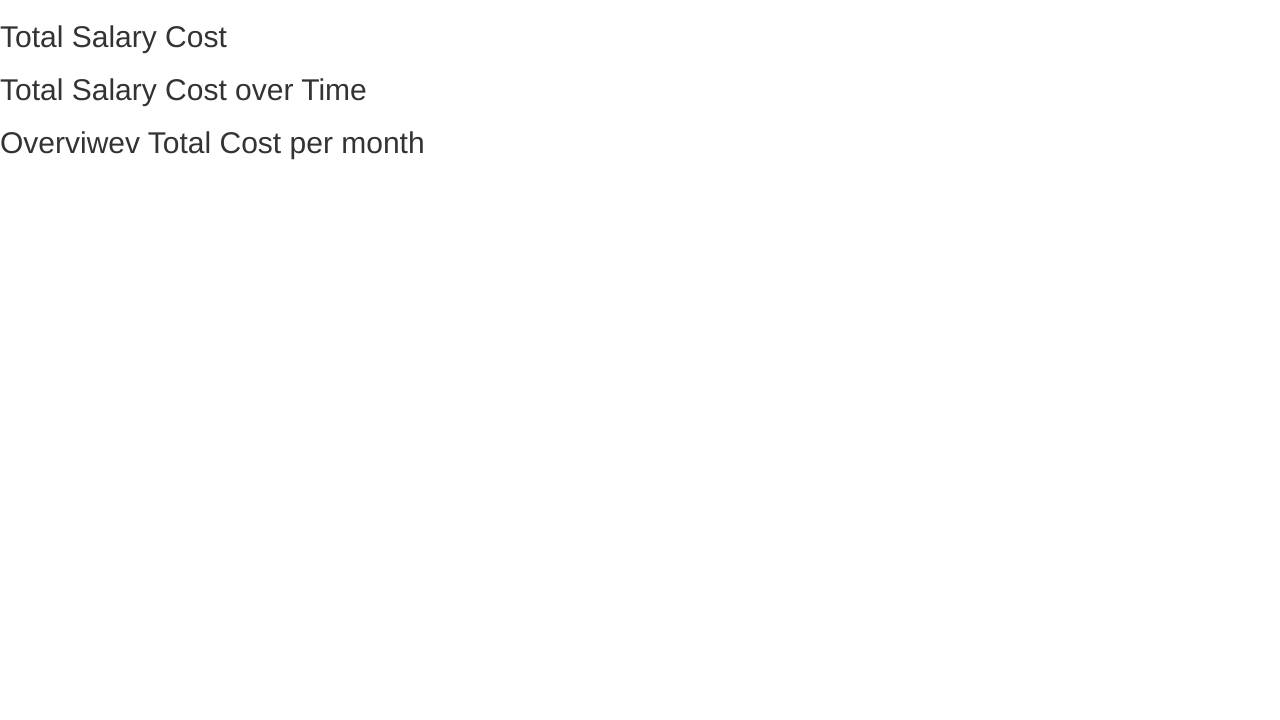
Repository: Code-Institute-Submissions/danfiliphoff-Milestoneproject-2
Page: total_cost.html
The author's editor kept a record of every edit. The page is drawn from the files as they stood at one moment, then again after the next edit.
The browser window is 1280 px wide. The pictures show the whole page.
An inner scrolling area shows only its first screen.

Above is the page before.

### total_cost.html
<!DOCTYPE html>
<html lang="en">
<head>
    <meta charset="UTF-8">
    <meta name="viewport" content="width=device-width, initial-scale=1.0">
    <meta http-equiv="X-UA-Compatible" content="ie=edge">
    <title>Payroll Dashboard</title>
    <link rel="stylesheet" href="static/css/style.css" type="text/css" />
    <link rel="stylesheet" href="" type="text/css" />
    <link rel="stylesheet" href="static/pictures/html_background.jpg" type="image/jpg" />
    <link rel="stylesheet" href="https://stackpath.bootstrapcdn.com/bootstrap/3.3.7/css/bootstrap.min.css" type="text/css" />
    <link rel="stylesheet" href="https://stackpath.bootstrapcdn.com/font-awesome/4.7.0/css/font-awesome.min.css" type="text/css" />
    <script src="https://ajax.googleapis.com/ajax/libs/jquery/3.3.1/jquery.min.js"></script>
    <script src="https://maxcdn.bootstrapcdn.com/bootstrap/3.4.0/js/bootstrap.min.js"></script>
    <script type="text/javascript" src="static/js/d3.min.js"></script>
    <script type="text/javascript" src="static/js/d3-time-format.v2.min.js"></script>
    <script type="text/javascript" src="static/js/crossfilter.min.js"></script>
    <script type="text/javascript" src="static/js/dc.min.js"></script>
    <script type="text/javascript" src="static/js/queue.min.js"></script>
    <script type="text/javascript" src="static/js/account.js"></script>
</head>

<body>
    <header>
    </header>
    <!--*****Graphs******-->
    <div>
        <!--*****Pie Chart******-->
        <div>
            <h2>Total Salary Cost</h2>
            <div id="total-cost-pie-chart"></div>
        </div>
        <!--*****Line Chart******-->
        <div>
            <h2>Total Salary Cost over Time</h2>
            <div id="total-cost-line-graph"></div>
        </div>
         <!--*****Stacked Bar Chart Total Cost Over Time******-->
        <div>
            <h2>Overviwev Total Cost per month</h2>
            <div id="total-cost-stacked-bar-chart"></div>
        </div>
    </div>

    <footer>
    </footer>

</body>
</html>

### static/css/style.css


/*--------HEADER-------*/
.paddingtitle{
    padding-top:25px;
    text-align: center;
}

.title {
    font-family: "Nunito", Arial;
    font-weight: 800;
    font-size: 45px;
    line-height: 50px;
    text-transform: uppercase;
    color:#004054;
    text-decoration: none !important;
    top: 0.5%;
    position: relative;
}

/*--------Index-------*/
#index-body-size{
    position: fixed;
    height: 100%;
    width: 100%;
    margin-top: -27px;
    margin-left: 0px;
}
#indexcontent{
    text-align: center;
    margin-top: 1%;
}

#welcome-text{
    max-width: 100px;
}

#center-btn{
    margin-right: 20px;
}

.mainbutton{
    border-radius: 50%;
    color: #004054;
    background: radial-gradient(#5adae9, #017296);
    height: 130px;
    width: 130px;
    font-family: "Nunito", Arial;
    font-weight: 800;
    font-size:16px;
    border: 3px solid #00516b;
    transition: all 0.5s;
    cursor: pointer;
    text-align: center;
    margin-bottom: 22px;
    margin-top: 22px;
    margin-left: 40px;
}

.mainbutton:hover{
  box-shadow: 0 12px 16px 0 rgba(0,0,0,0.24), 0 17px 50px 0 rgba(0,0,0,0.19);
}

.mainbutton span{
  cursor: pointer;
  display: inline-block;
  position: relative;
  transition: 0.5s;
}

.mainbutton span:after{
  content: '\00bb';
  position: absolute;
  opacity: 0;
  top: 0;
  right: -20px;
  transition: 0.5s;
}

.mainbutton:hover span{
  padding-right: 25px;
}

.mainbutton:hover span:after{
  opacity: 1;
  right: 0;
}




/*--------GENERAL-------*/
#index-background{
    position: relative;
    background-repeat:no-repeat;
    background-size:cover;
    background-image: url("../pictures/html_background.jpg");
    height: 107%;
    width: 100%;
    overflow:scroll;
}

.body-account{
    padding-bottom:60px;
    height: 100%;
}

.topic-header{
  font-family: "Nunito", Arial;
  font-weight: 700;
  font-size:  43px;
  color:#004054;
  text-align: center;
}

.topic-text{
  font-family: "Nunito", Arial;
  color:black;
  font-size: 13px;
  text-decoration: none!important;
  text-align: justify;
  max-width: 203px;
  margin: 0 auto;
}

.container{
    width: 100% !important;
}

.h2-chart-heading{
    text-align: center;
}

/*--------------GRAPHS AND CHARTS-------------------*/

/*below hides y axis for accounts bar graph*/
#Cost-Per-Type
 .axis.y { display: none; }

/*below make sures that line grap renders as a line and not as an area*/
.line {
         fill: none;
         stroke: #004054;
         stroke-width: 6px;
         }


#Cost-Over-Time > svg > g > g.axis.x {
    font-size: 13.5px;
}

/*#Cost-Over-Time > svg > g > g.axis.x > g:nth-child(5){
    font-size: 10px;
}*/

#cost-per-account > svg {
    display:block;
    margin:auto;
}

#Cost-Over-Time > svg {
    display:block;
    margin:auto;
}

#Cost-Per-Type > svg {
    display:block;
    margin:auto;
}

#index-background > div.container > div:nth-child(2) > section{
    margin-top: 80px;
}

#cost-per-account > svg >.dc-legend{
    font-family: "Nunito", Arial;
    font-size: 16px;
    text-transform: uppercase;
    color:#004054;
}

#Cost-Over-Time > svg > g > g.axis.y{
    font-family: "Nunito", Arial;
    font-size: 16px;
    color:#004054;
}

#Cost-Over-Time > svg > g > g.axis.x{
    font-family: "Nunito", Arial;
    font-size: 16px;
    color:#004054;
}

#Cost-Over-Time > svg > g > g.axis.x > g > text{
    transform:rotate(-35deg);
    margin-top: 30px;
    text-anchor: end !important;
}

#Cost-Per-Type > svg > g > g.axis.x > g > text{
    text-anchor: end !important;
}

#Cost-Over-Time > svg{
    overflow: visible;
}

#Cost-Over-Time > svg > g > g.axis.x > g:nth-child(2){
    margin-top: 10px;
}

/*--------------FOOTER-------------------*/
.footer-pinned{
   position:static;
   bottom:0;
   width:100%;
}

.footerbackgrund{
  bottom: 0;
  margin-top: 50px;
  border-radius: 170px 170px 0px 0px;
  background-repeat:no-repeat;
  background-size:cover;
  background-image: url("../pictures/footerbackground.jpg");
  height: 60px;
}


/*-------------MEDIA QUERYS-----------*/
@media (max-width: 404px){
    .mainbutton{
        height: 118px;
        width: 118px;
        margin-left: 29px;
    }
}


@media (max-width: 768px){
    .mainbutton{
        margin-top: 5px;
    }
}

@media (min-width: 768px){

    .topic-text{
        font-size: 15px;
        max-width: 295px;
    }

    #index-body-size{
    margin-top: -31px;
    }


}

@media  (min-width: 427px) and (max-width: 768px) {
    .title {
        font-weight: 800;
        font-size: 35px;
        line-height: 30px;
        padding-top: 20px;
    }

    .topic-header{
        font-size:  30px;
    }
}




@media  (min-width: 0px) and (max-width: 426px){
    .title{
        font-weight: 800;
        font-size: 24px;
        line-height: 40px;
        padding-top: 20px;
    }

    .topic-header{
        font-size:  25px;
    }


}


@media (max-width: 320px){
   .topic-text{
        margin-left: 54px;
        font-size: 12px;
    }
}

### static/js/account.js
/*steg:
1. skapa HTML.
2. skapa function
3.lägg till function under make graph*/

/*väntar med att skapa graf tills data är laddat*/
queue()
    .defer(d3.csv, "data/account.csv")
    .await(makeAccountDataGraphs);


function makeAccountDataGraphs(error, account){

    var parseDate = d3.time.format("%Y-%m-%d").parse;
    account.forEach(function(d){
        d.PaymentDate = parseDate(d.PaymentDate);
    });

   /* converts all accounts and Sums to integers*/
    account.forEach(function(d){
        d.Account = parseInt(d.Account, 10);
    });

    account.forEach(function(d){
        d.Sum = parseInt(d.Sum, 10);
    });


   var ndx=crossfilter(account);
   cost_per_account(ndx);
   cost_per_type(ndx);
   cost_over_time(ndx);
   dc.renderAll();
}


function cost_over_time(ndx) {
    var cost_over_time_dim = ndx.dimension(dc.pluck("PaymentDate"));
    var cost_over_time_group = cost_over_time_dim.group().reduceSum(dc.pluck('Sum'));

    var minDate = cost_over_time_dim.bottom(1)[0].PaymentDate;
    var maxDate = cost_over_time_dim.top(1)[0].PaymentDate;

    dc.lineChart('#Cost-Over-Time')
        .width(1000)
        .height(500)
        .margins({top: 10, right: 150, bottom: 30, left: 150})
        .dimension(cost_over_time_dim)
        .elasticY(true)
        .group(cost_over_time_group)
        .transitionDuration(500)
        .x(d3.time.scale().domain([minDate,maxDate]))
        .yAxis().ticks(15);
        }




function cost_per_account(ndx) {
    var cost_per_account_dim = ndx.dimension(dc.pluck("Account"));
    var cost_per_account_group = cost_per_account_dim.group().reduceSum(dc.pluck('Sum'));

    /*räknar ihopp totalen men funkar ej
   var total= cost_per_account_dim.groupAll().reduceSum(function (d) {
       return +d.Sum;
   });
   console.log(total);

    dc.numberDisplay("#total")
        .valueAccessor(function(d){
            console.log(d);
            return +d.Sum})
        .group(total);*/



    dc.pieChart('#cost-per-account')
        .height(500)
        .width(500)
        .radius(240)
        .innerRadius(150)
        .transitionDuration(1500)
        .dimension(cost_per_account_dim)
        .group(cost_per_account_group)
        .slicesCap(6)
        .legend(dc.legend()
            .x(140)
            .y(180)
            .itemHeight(13)
            .gap(9)
            .legendText(
                function(d) {
                  /* console.log(d);för att se vilka nycklar (d.xx, d.något) som ska användas använd den här consolelog*/
                    return d.name + " - " + d.data + " " + "KR ("
            +  Math.round((d.data/(10241617/100))*100)/100 + "%)"})
            )
        .renderLabel(false);
}

function cost_per_type(ndx){
    var cost_per_type_dimension = ndx.dimension(dc.pluck("Type"));
    var cost_per_type_group = cost_per_type_dimension.group().reduceSum(dc.pluck('Sum'));
    var filtered_cost_per_type_group = remove_empty_bins(cost_per_type_group);

    function remove_empty_bins(cost_per_type_group) {
    return {
        all:function () {
            return cost_per_type_group.all().filter(function(d) {
                return d.value !== 0; // if integers only
             });
            }
           };
          }


     dc.barChart('#Cost-Per-Type')
            .width(1700)
            .height(700)
            .margins({top: 10, left: 150, right: 150, bottom: 200})
            .dimension(cost_per_type_dimension)
            .group(filtered_cost_per_type_group)
            .transitionDuration(500)
            .renderLabel(true)/*gets total label for whole bar*/
            .elasticX(true)
            .elasticY(true)
            .gap(15)
            .centerBar(true)
            .x(d3.scale.ordinal())
            .xUnits(dc.units.ordinal)
            .on('renderlet',function (chart) {
                    chart.selectAll("g.x text")
                      .attr('dx', '-10')
                      .attr('transform', "translate(10,0) rotate(-35)");
                });

}

Loaded but not shown: static/js/d3.min.js (library); static/js/d3-time-format.v2.min.js (library); static/js/crossfilter.min.js (library); static/js/dc.min.js (library); static/js/queue.min.js (common file)

After the next edit:
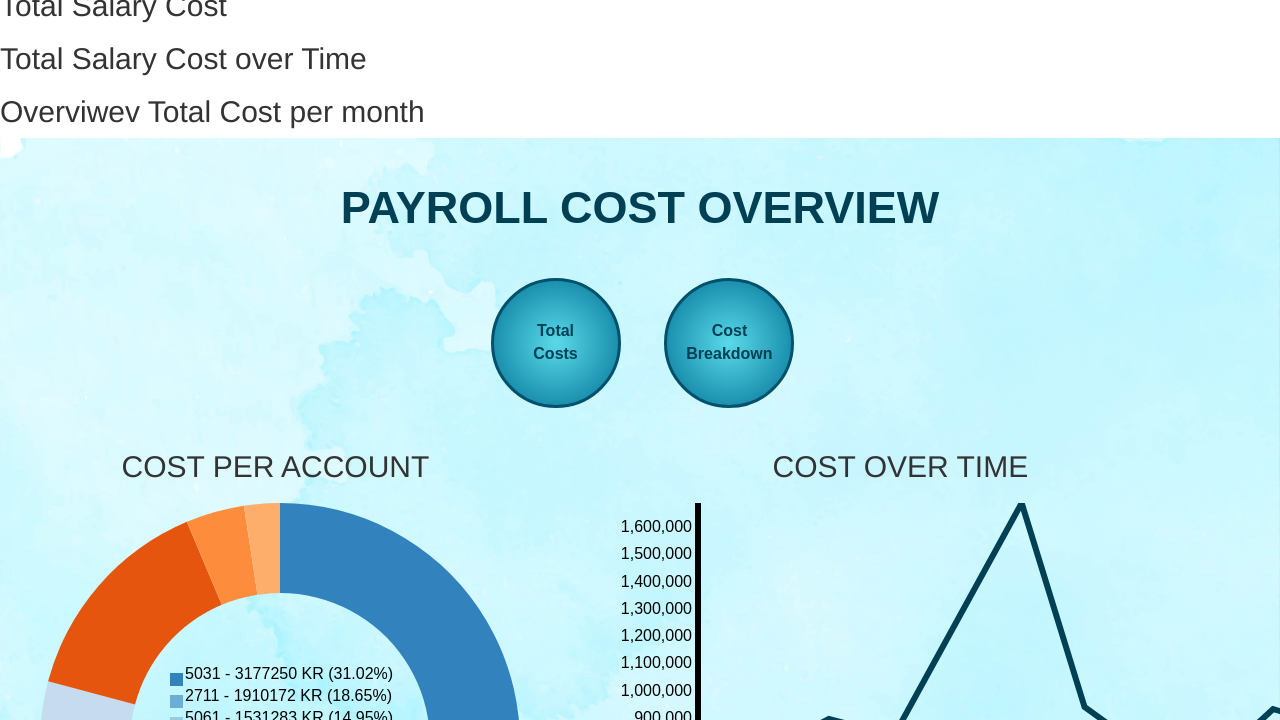
The edit:
--- a/total_cost.html
+++ b/total_cost.html
@@ -46,4 +46,74 @@
     </footer>
 
 </body>
+
+
+<body id="index-body-size">
+    <div class="container-fluid" id="index-background">
+        <header>
+            <!--*******Title*********-->
+                <div >
+                   <div class="row">
+                        <h1 class="col-md-12 paddingtitle title">
+                             <a href="index.html" class="title">
+                                 <span>Payroll Cost Overview</span>
+                                 <br>
+                             </a>
+                        </h1>
+                   </div>
+                </div>
+        </header>
+        <body class = "body-account">
+            <!--****** Navigation Buttons******-->
+            <div class="mobile" id="indexcontent">
+                <div class="row" id="center-btn">
+                    <div class="col-md-12">
+                        <form style="display: inline" action="total_cost.html" method="get">
+                            <button class="mainbutton">
+                                <span>Total<br> Costs</span>
+                            </button>
+                        </form>
+                        <form style="display: inline" action="account.html" method="get">
+                            <button class="mainbutton">
+                                <span>Cost Breakdown</span>
+                            </button>
+                        </form>
+                    </div>
+                </div>
+            </div>
+
+            <!--*****Graphs******-->
+            <div class="container">
+                <div class="row">
+                   <!--*****Pie Charts******-->
+                    <section class="col-md-5">
+                        <h2 class="h2-chart-heading">COST PER ACCOUNT</h2>
+                        <div id="cost-per-account"></div>
+                    </section>
+                    <!--*****Line Chart******-->
+                    <section class="col-md-7">
+                        <h2 class="h2-chart-heading">COST OVER TIME</h2>
+                        <div id="Cost-Over-Time"></div>
+                    </section>
+                </div>
+               <div class="row">
+                    <!--*****Bar Chart******-->
+                    <section class="col-md-12">
+                        <h2 class="h2-chart-heading">COST PER TYPE</h2>
+                        <div id="Cost-Per-Type"></div>
+                    </section>
+               </div>
+            </div>
+        </body>
+
+        <!--****** Footer******-->
+        <footer class="container-fluid footer-pinned">
+            <div class="row footerbackgrund">
+            </div>
+        </footer>
+    </div>
+
+
+
+</body>
 </html>
